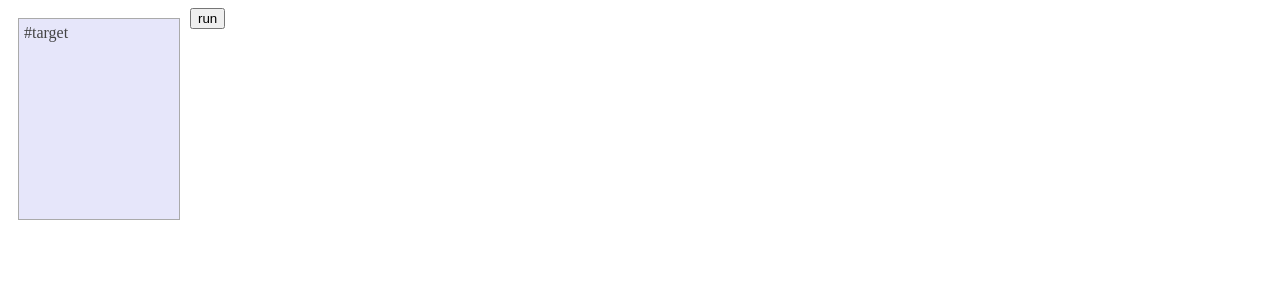
Repository: silenttemplar/java_start_project
Page: hansung_ee_2014/hansung_jquery_exercise/WebContent/12. Delay Append.html
The author's editor kept a copy of each file at every save. The page is drawn from the files as they stood at one save, then again after the next save.
The browser window is 1280 px wide. The pictures show the whole page.
After loading, the first visible `input` was clicked once.

Above is the page before, as saved 2014-08-27 07:33:34.

### hansung_ee_2014/hansung_jquery_exercise/WebContent/12. Delay Append.html
<html>
<head>
<meta charset="utf-8">
<title>Delay Append</title>
<script src="./jquery-2.1.0.min.js"></script>
<script type="text/javascript">
	/**
	 * 대상 : div
	 * 기능 : 일정 시간 경과 후 문자열 삽입
	 * 함수 : setTimeout(), append() or text() or html()
	 */
	function run() {


	}
</script>

</head>

<body>
	<div id="target"
		style="color: rgb(68, 68, 68); width: 150px; height: 190px; float: left; border: 1px solid rgb(170, 170, 170); background-color: rgb(230, 230, 250); margin: 10px; padding: 5px; background-position: initial initial; background-repeat: initial initial;">
		#target<br>
	</div>
	<input type="button" value="run" onclick="run()" />
</body>
</html>

Loaded but not shown: hansung_ee_2014/hansung_jquery_exercise/WebContent/jquery-2.1.0.min.js (library)

After the next save:
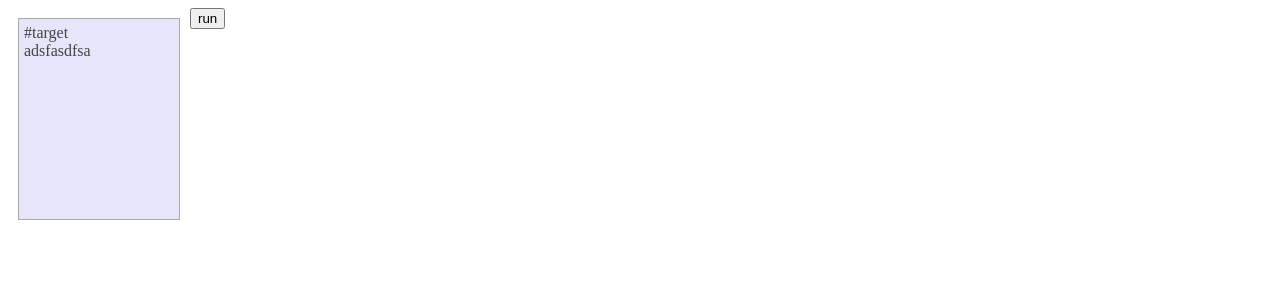
Console error: SyntaxError: Unexpected identifier 'Object'
Saved 2 min 15 s later.
--- a/hansung_ee_2014/hansung_jquery_exercise/WebContent/12. Delay Append.html
+++ b/hansung_ee_2014/hansung_jquery_exercise/WebContent/12. Delay Append.html
@@ -10,7 +10,7 @@
 	 * 함수 : setTimeout(), append() or text() or html()
 	 */
 	function run() {
-
+		setTimeout( $("#target").append("adsfasdfsa"),1000)
 
 	}
 </script>
